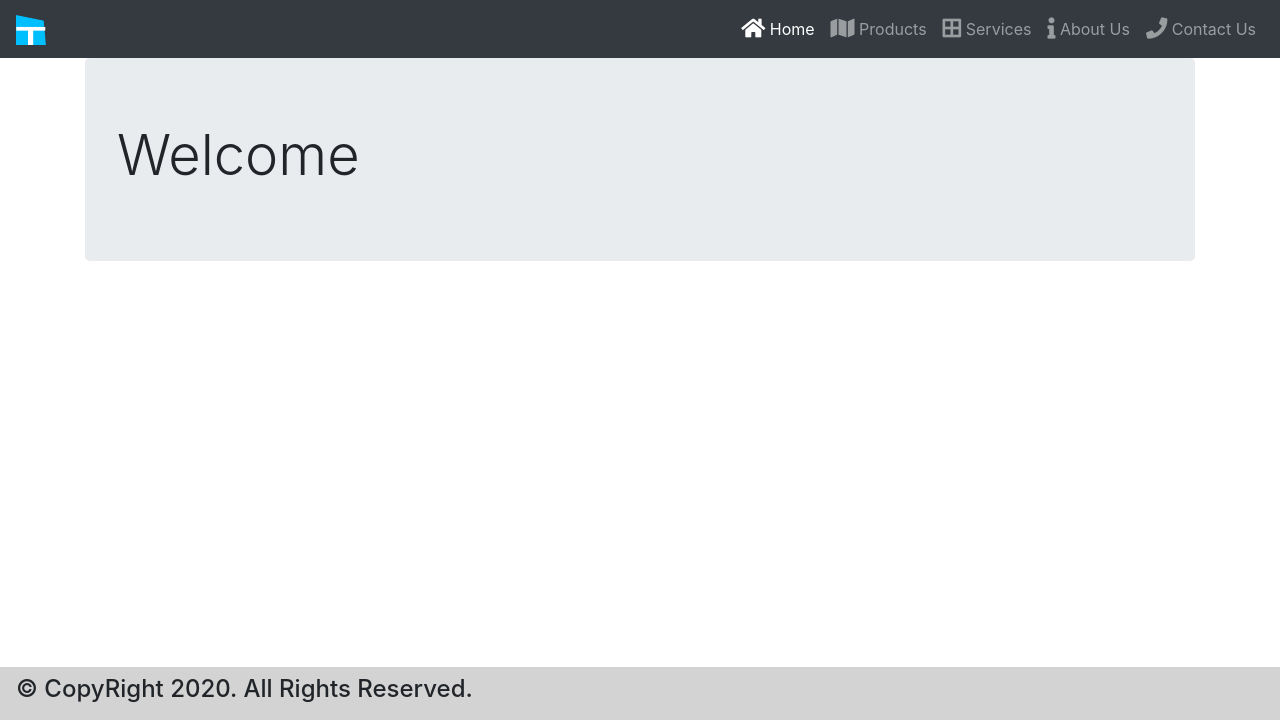
Repository: CentennialCollege/COMP125-M2020-Lesson10
Page: index.html
An editor plug-in stored every save of this project. The page is shown before and after the next save, followed by the edit.
The browser window is 1280 px wide. The pictures show the whole page.

Above is the page before, as saved 2020-07-27 16:16:38.

After the next save:
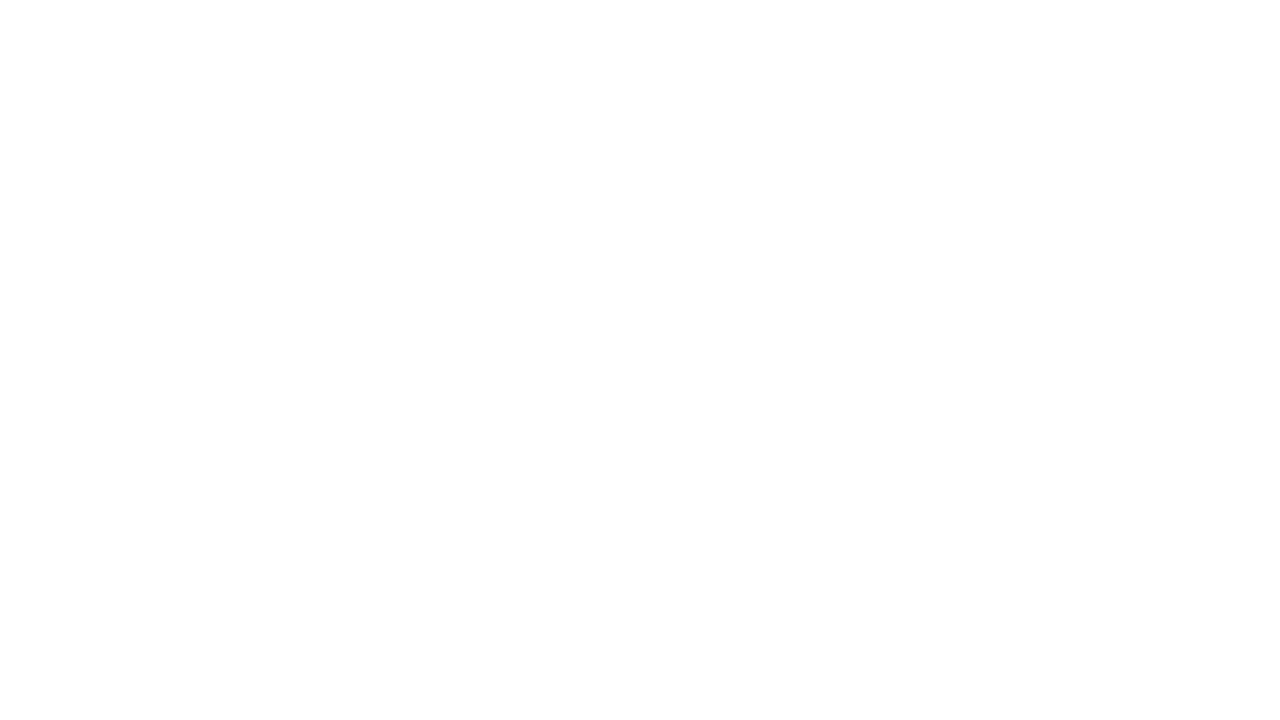
Console error: SyntaxError: Identifier 'path' has already been declared
Saved 57 s later.
--- a/Scripts/app.js
+++ b/Scripts/app.js
@@ -410,7 +410,9 @@
         date.setTime(date.getTime() + (expiry_in_days*24*60*60*1000));
 
         let  expires = "expires="+ date.toUTCString();
-        document.cookie = cookie_name + "=" + cookie_value + ";" + expires + ";path=/";
+
+        let path = encodeURIComponent(path);
+        document.cookie = cookie_name + "=" + cookie_value + ";" + expires + ";" + path;
     }
 
 

After the 3 saves that followed:
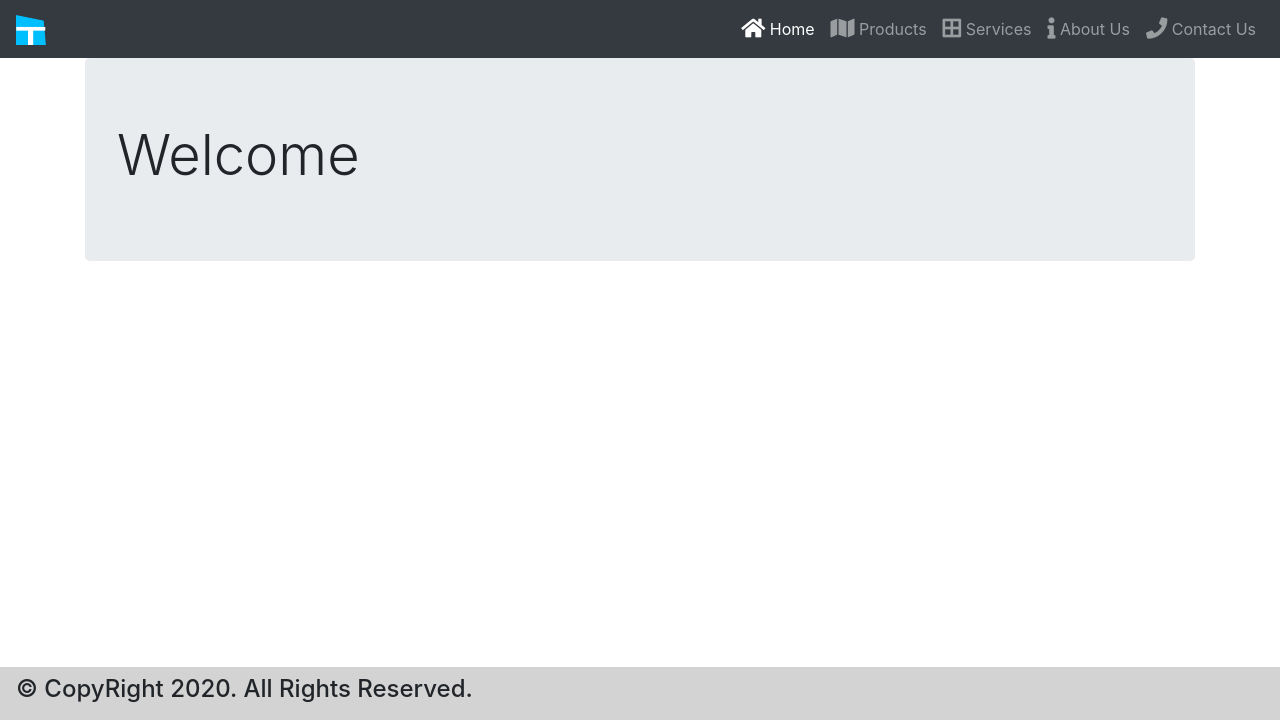
The error is gone.
The 3 saves are shown as one change because 2 left the picture as it was.
The last was saved 62 s later.
--- a/Scripts/app.js
+++ b/Scripts/app.js
@@ -411,7 +411,7 @@
 
         let  expires = "expires="+ date.toUTCString();
 
-        let path = encodeURIComponent(path);
+        path = encodeURIComponent(path);
         document.cookie = cookie_name + "=" + cookie_value + ";" + expires + ";" + path;
     }
 
@@ -446,7 +446,7 @@
         InitializeSite();
 
         setCookie("username", "Tom",1);
-        setCookie("session", 1, 1);
+        setCookie("session", 1, 2, "/Content");
 
 
         console.log(getCookie("username"));
